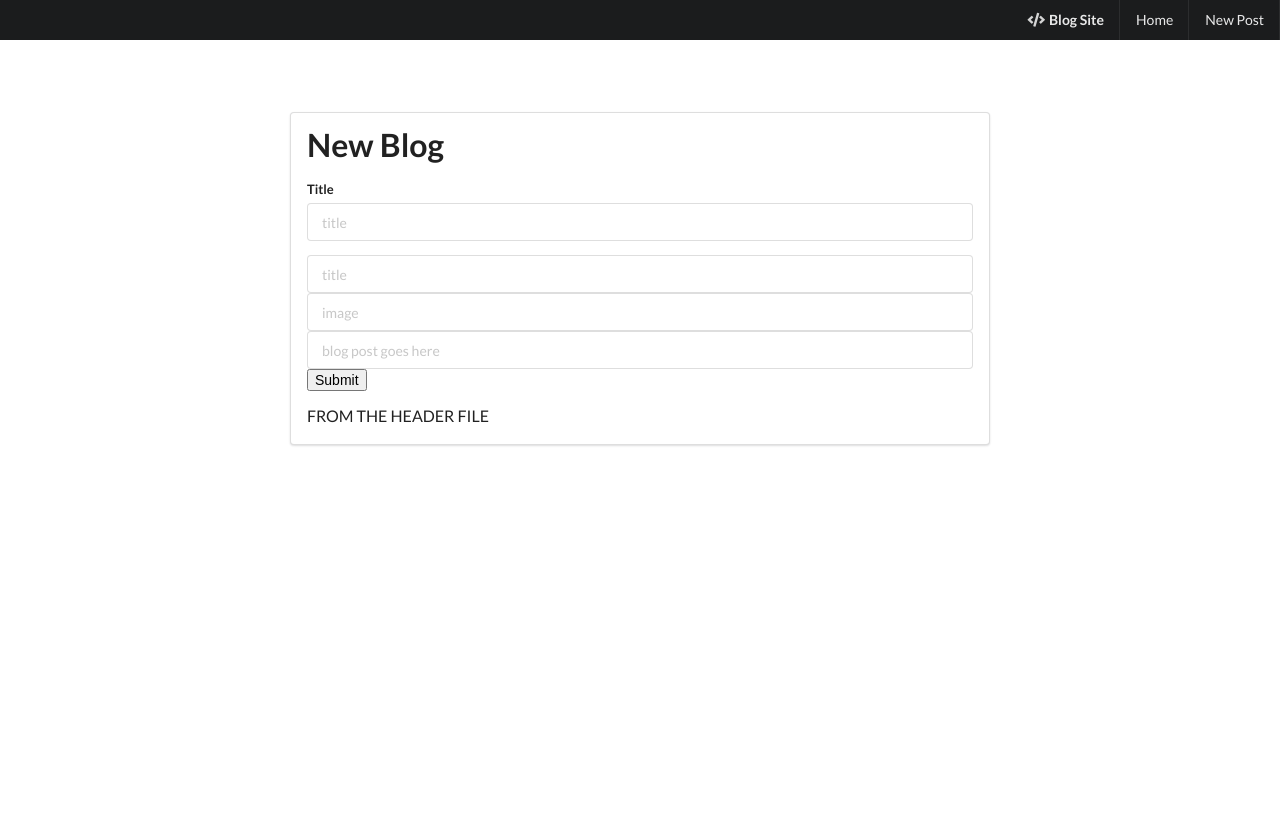
Repository: Patrick-Erath/Aplusmazing
Page: http://localhost/blogs/new
The author's editor kept a record of every edit. The page is drawn from the files as they stood at one moment, then again after the next edit.
The browser window is 1280 px wide. The pictures show the whole page.
Some web libraries are served in a nearby version. The page is served by the project's Node server (RESTful/RESTfulBlogApp/app.js).

Above is the page before.

After the next edit:
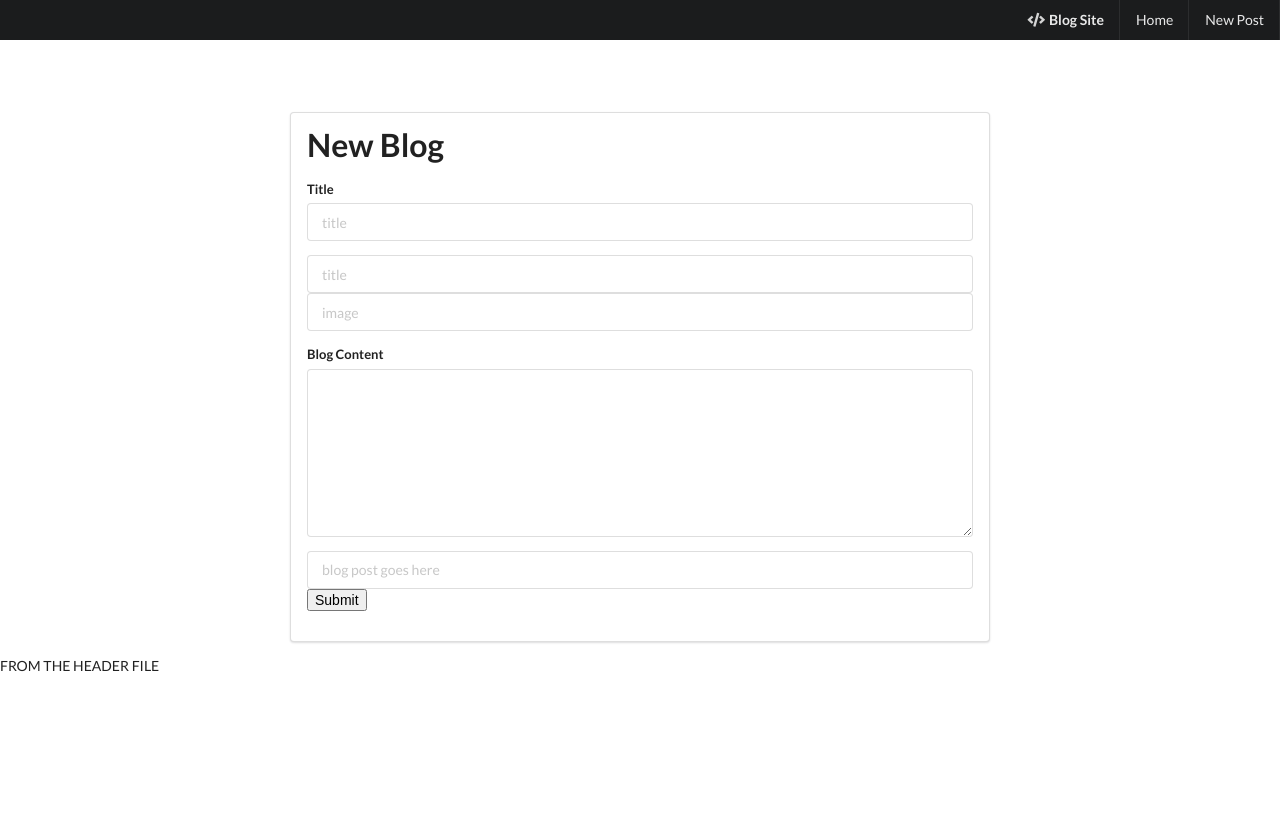
The edit:
--- a/workspace/RESTful/RESTfulBlogApp/views/new.ejs
+++ b/workspace/RESTful/RESTfulBlogApp/views/new.ejs
@@ -7,8 +7,13 @@
             <input type="text" name="blog[title]" placeholder="title">
         </div>
         <div class="field">
-        <input type="text" name="blog[title]" placeholder="title">
-        <input type="text" name="blog[image]" placeholder="image">
+            <input type="text" name="blog[title]" placeholder="title">
+            <input type="text" name="blog[image]" placeholder="image">
+        </div>
+         <div class="field">
+            <label>Blog Content</label>
+            <textarea name="blog[body]"></textarea>
+        </div>
         <input type="text" name="blog[body]" placeholder="blog post goes here">
         <input type="submit">
     </form>
